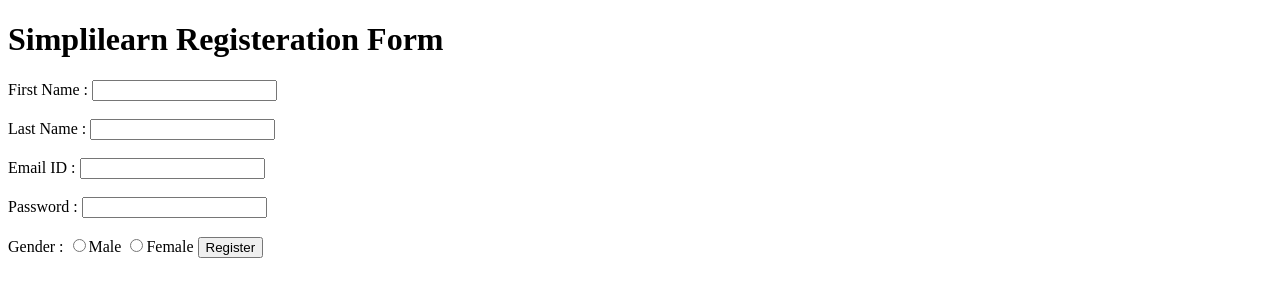
Repository: RamJangid/AdvanceJavaDone
Page: http://localhost/FlyAway/register.jsp
These files come from the project's save history. The page is drawn as it stood at one moment and after the next save; the edit follows.
The browser window is 1280 px wide. The pictures show the whole page.
The page is served by Tomcat 10. Nobody is signed in. The application's start-up code is not run.

Above is the page before, as saved 2022-09-22 02:51:36.

After the next save:
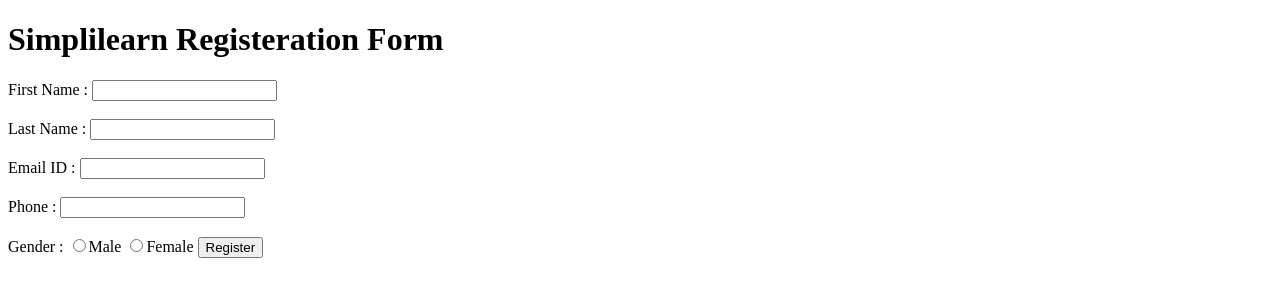
Saved 30 s later.
--- a/FlyAway/src/main/webapp/register.jsp
+++ b/FlyAway/src/main/webapp/register.jsp
@@ -17,7 +17,7 @@
 			<br><br>
 			Email ID : <input type ="email" name ="emailId"/>
 			<br><br>
-			Password : <input type ="password" name ="password"/>
+			Phone : <input type ="long" name ="phone"/>
 			<br><br>
 
 			Gender : <input type ="radio" name = "gender" value = "Male"/>Male
